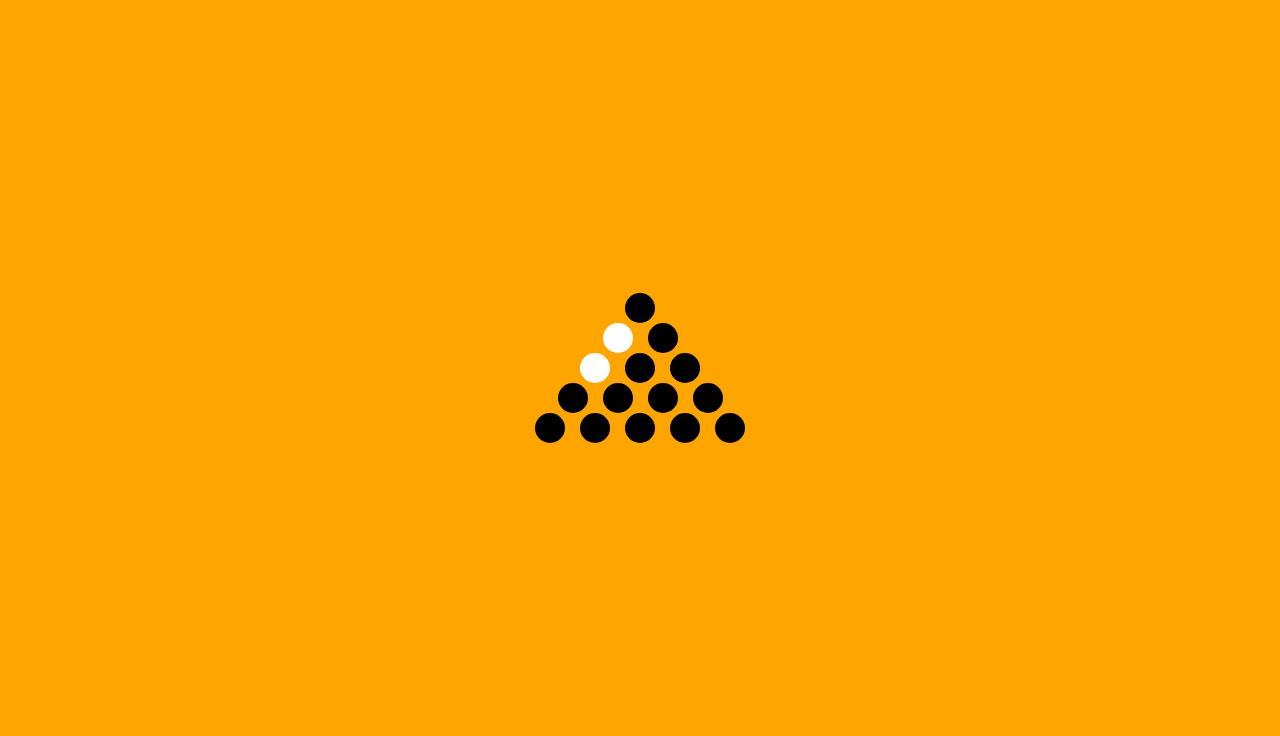
Repository: Yash19075/Mathematical-Peg-game
Page: Peg-game.html
An editor plug-in stored every save of this project. The page is shown before and after the next save, followed by the edit.
The browser window is 1280 px wide. The pictures show the whole page.

Above is the page before, as saved 2025-03-16 15:30:00.

After the next save:
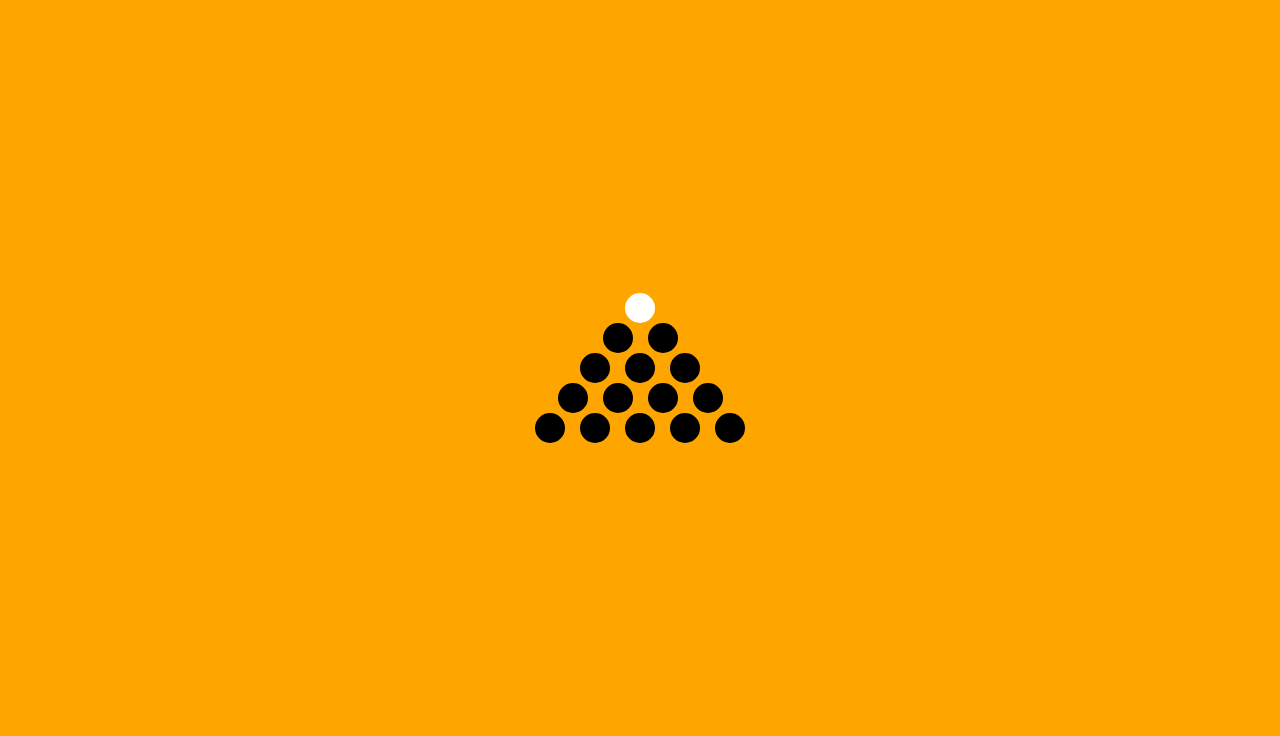
Saved 19 min 19 s later.
--- a/Peg-game.js
+++ b/Peg-game.js
@@ -1,7 +1,7 @@
 let peg = [
-    [1],
-    [0,1],
-    [0,1,1],
+    [0],
+    [1,1],
+    [1,1,1],
     [1,1,1,1],
     [1,1,1,1,1]
 ];
